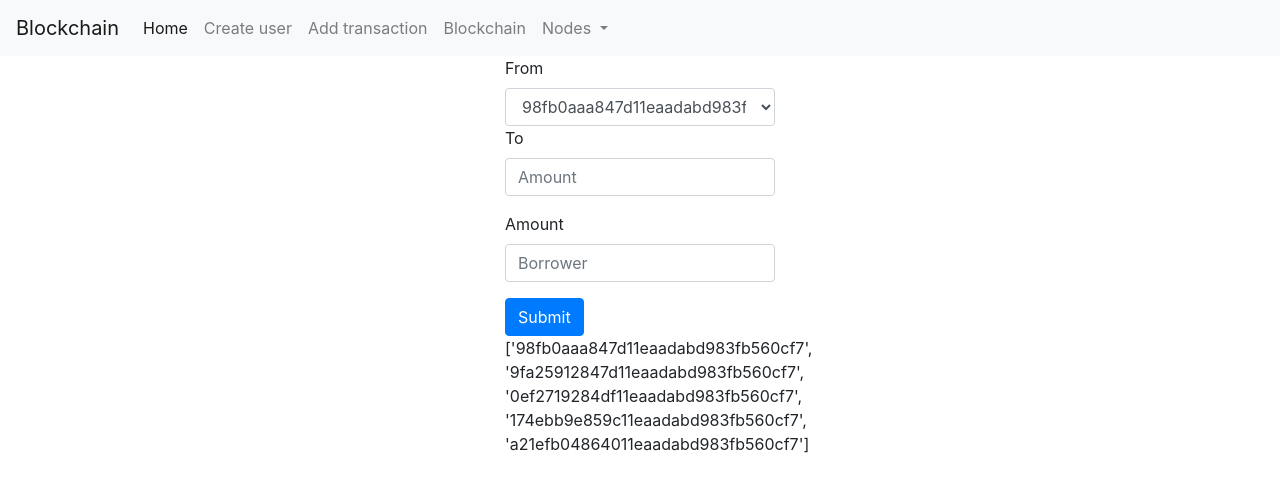
Repository: ivan151/blockchain
Page: http://localhost/transaction/
These files come from the project's save history. The page is drawn as it stood at one moment and after the next save; the edit follows.
The browser window is 1280 px wide. The pictures show the whole page.
The page is served by the project's application, run on Flask 3 (main.py). The page reads the database file committed with the project.

Above is the page before, as saved 2020-04-24 12:34:38.

After the next save:
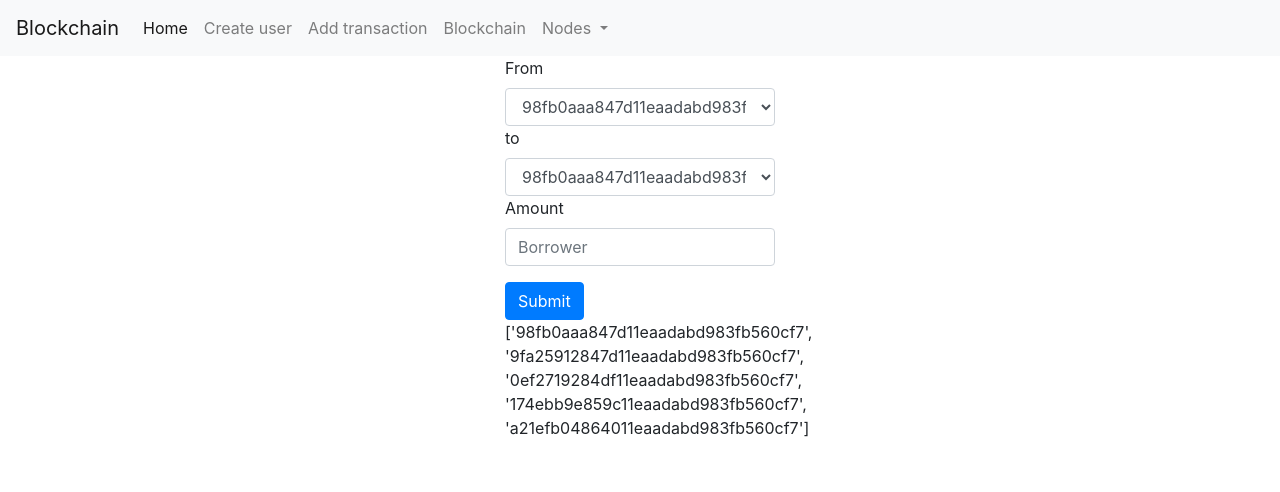
Saved 30 s later.
--- a/templates/transactions.html
+++ b/templates/transactions.html
@@ -10,12 +10,15 @@
                 {% for key in keys %}
                 <option>{{key}}</option>
                 {% endfor %}
+        </select>
+        <label for="exampleInputPassword1">to</label>
+        <select class="form-control" id="exampleFormControlSelect1">
 
+
+                {% for key in keys %}
+                <option>{{key}}</option>
+                {% endfor %}
         </select>
-        <div class="form-group">
-            <label for="exampleInputPassword1">To</label>
-            <input type="text" class="form-control" id="to" placeholder="Amount" name="to">
-        </div>
         <div class="form-group">
             <label for="exampleInputPassword1">Amount</label>
             <input type="text" class="form-control" id="amount" placeholder="Borrower" name="amount">
